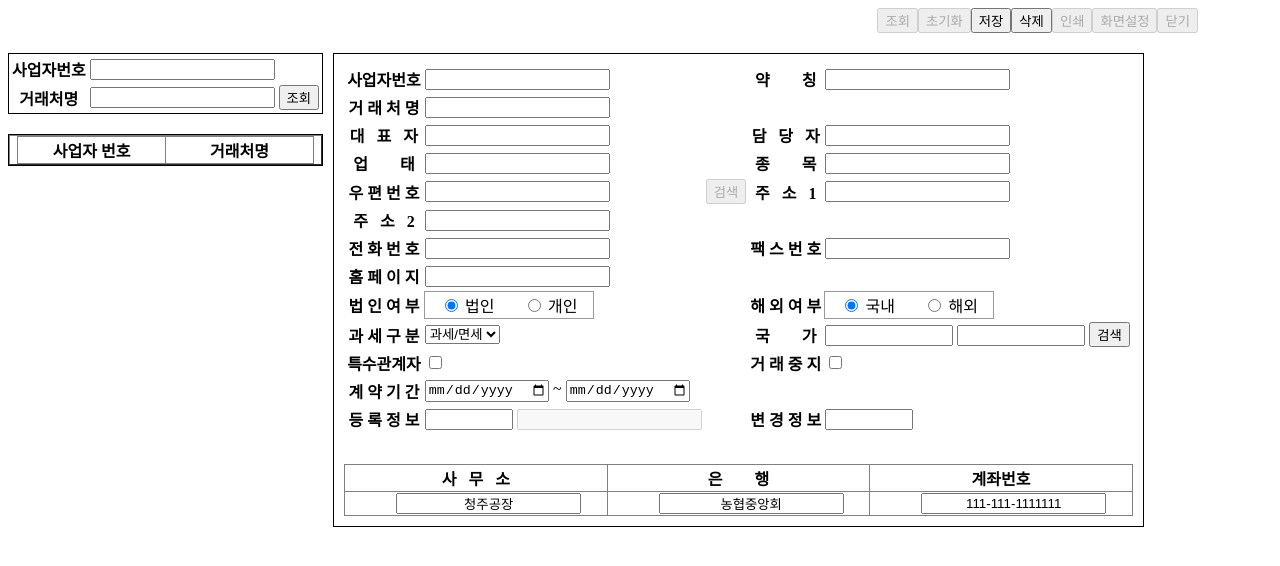
Repository: Chocobe/-practice-FrontSide-Tip
Page: http://localhost/wishTestProject/views/accountManager/accountManagerView.jsp
The author's editor kept a copy of each file at every save. The page is drawn from the files as they stood at one save, then again after the next save.
The browser window is 1280 px wide. The pictures show the whole page.
The page is served by Tomcat 9. Nobody is signed in. The application's start-up code is not run. Other server files are loaded and not shown.

Above is the page before, as saved 2020-02-27 02:50:20.

### wishTest/wishTestProject/WebContent/views/accountManager/accountManagerView.jsp
<%@page import="java.util.Date"%>
<%@page import="java.io.File"%>
<%@ page
	language="java"
	contentType="text/html;charset=UTF-8"
	pageEncoding="UTF-8"

	info="거래처 관리 페이지"
%>

<%@ taglib prefix="c" uri="http://java.sun.com/jsp/jstl/core" %>

<c:set var="contextPath" value="<%= request.getContextPath() %>"/>


<%
	String accountManagerView_css = application.getRealPath("/css/accountManager/accountManagerView.css");
	File accountManagerView_css_file = new File(accountManagerView_css);
	Date accountManagerView_css_ver = new Date(accountManagerView_css_file.lastModified());

	String accountManagerView_js = application.getRealPath("/js/accountManager/accountManagerView.js");
	File accountManagerView_js_file = new File(accountManagerView_js);
	Date accountManagerView_js_ver = new Date(accountManagerView_js_file.lastModified());
%>

<c:set var="accountManagerView_css_ver" value="<%= accountManagerView_css_ver %>"/>
<c:set var="accountManagerView_js_ver" value="<%= accountManagerView_js_ver %>"/>


<!DOCTYPE html>
<html lang="ko">
    <head>
        <meta charset="UTF-8">
        <title>거래처 관리</title>

        <link href="${contextPath}/css/accountManager/accountManagerView.css?ver=${accountManagerView_css_ver}" rel="stylesheet" type="text/css">
    </head>

    <body>
        <div class="wrap">
            <!-- 버튼 컨테이너 -->
            <div class="buttonContainer">
                <input type="button" class="search" value="조회" disabled>
                <input type="button" class="init" value="초기화" disabled>
                <input type="button" class="insert" value="저장" onclick="insertData(`${contextPath}`);">
                <input type="button" class="delete" value="삭제" onclick="deleteData(`${contextPath}`);">
                <input type="button" class="print" value="인쇄" disabled>
                <input type="button" class="config" value="화면설정" disabled>
                <input type="button" class="close" value="닫기" disabled>
            </div>


            <!-- 검색 컨테이너 -->
            <div class="searchContainer">
                <!-- 검색창 -->
                <div class="searchInnerContainer">
                    <table>
                        <tr>
                            <th>사업자번호</th>

                            <td>
                                <input type="text" name="voBusiNum" class="searchVoBusiNum">
                            </td>

                            <td></td>
                        </tr>

                        <tr>
                            <th>거래처명</th>

                            <td>
                                <input type="text" name="voCustom" class="searchVoCustom">
                            </td>

                            <td>
                                <input type="submit" value="조회" onclick="searchCustom(`${contextPath}`);">
                            </td>
                        </tr>
                    </table>
                </div>


                <!-- 검색 결과창 -->
                <div class="resultContainer">
                    <table border="1" style="border-collapse: collapse">
                        <tr>
                            <th>사업자 번호</th>
                            <th>거래처명</th>
                        </tr>
                    </table>
                </div>
            </div>


            <!-- 입력 컨테이너 -->
            <!-- "저장"버튼 - js로 submit() -->
            <div class="insertContainer">
                <form class="insertForm" action="${contextPath}/insertCustom.do" method="POST">
                    <table>
                        <tr>
                            <th>사업자번호</th>

                            <td>
                                <input type="text" name="voBusiNum" class="voBusiNum">
                            </td>

                            <td></td>

                            <th>약&nbsp;&nbsp;&nbsp;&nbsp;&nbsp;&nbsp;&nbsp;&nbsp;칭</th>

                            <td>
                                <input type="text" name="voShort" class="voShort">
                            </td>
                        </tr>

                        <tr>
                            <th>거 래 처 명</th>

                            <td colspan="4">
                                <input type="text" name="voCustom" class="voCustom longBox">
                            </td>
                        </tr>

                        <tr>
                            <th>대&nbsp;&nbsp;&nbsp;표&nbsp;&nbsp;&nbsp;자</th>

                            <td>
                                <input type="text" name="voCEO" class="voCEO">
                            </td>

                            <td></td>

                            <th>담&nbsp;&nbsp;&nbsp;당&nbsp;&nbsp;&nbsp;자</th>

                            <td>
                                <input type="text" name="voChargePerson" class="voChargePerson">
                            </td>
                        </tr>

                        <tr>
                            <th>업&nbsp;&nbsp;&nbsp;&nbsp;&nbsp;&nbsp;&nbsp;&nbsp;태</th>

                            <td>
                                <input type="text" name="voBusiCondition" class="voBusiCondition">
                            </td>

                            <td></td>

                            <th>종&nbsp;&nbsp;&nbsp;&nbsp;&nbsp;&nbsp;&nbsp;&nbsp;목</th>

                            <td>
                                <input type="text" name="voItem" class="voItem">
                            </td>
                        </tr>

                        <tr>
                            <th>우 편 번 호</th>

                            <td>
                                <input type="text" name="voPostNum" class="voPostNum">
                            </td>

                            <td>
                                <input type="button" class="postSearchButton" value="검색" disabled>
                            </td>

                            <th>주&nbsp;&nbsp;&nbsp;소&nbsp;&nbsp;&nbsp;1</th>

                            <td>
                                <input type="text" name="voAddr1" class="voAddr1">
                            </td>
                        </tr>

                        <tr>
                            <th>주&nbsp;&nbsp;&nbsp;소&nbsp;&nbsp;&nbsp;2</th>

                            <td colspan="4">
                                <input type="text" name="voAddr2" class="voAddr2">
                            </td>
                        </tr>

                        <tr>
                            <th>전 화 번 호</th>

                            <td>
                                <input type="text" name="voTEL" class="voTEL">
                            </td>

                            <td></td>

                            <th>팩 스 번 호</th>

                            <td>
                                <input type="text" name="voFAX" class="voFAX">
                            </td>
                        </tr>

                        <tr>
                            <th>홈 페 이 지</th>

                            <td colspan="4">
                                <input type="text" name="voHomePage" class="voHomePage">
                            </td>
                        </tr>

                        <tr>
                            <th>법 인 여 부</th>

                            <td class="alignTD" style="border: 1px solid #999;">
                                <div class="radioWrap">
                                    <input type="radio" name="voCoYN" class="voCoYN_Y" id="voCoYN_L" value="Y" checked>
                                    <label for="voCoYN_L">법인</label>
                                </div>

                                <div class="radioWrap">
                                    <input type="radio" name="voCoYN" class="voCoYN_N" id="voCoYN_P" value="N">
                                    <label for="voCoYN_P">개인</label>
                                </div>
                            </td>

                            <td></td>

                            <th>해 외 여 부</th>

                            <td class="alignTD" style="border: 1px solid #999;">
                                <div class="radioWrap">
                                    <input type="radio" name="voForeignYN" class="voForeignYN_N" id="voForeignYN_L" value="N" checked>
                                    <label for="voForeignYN_L">국내</label>
                                </div>

                                <div class="radioWrap">
                                    <input type="radio" name="voForeignYN" class="voForeignYN_Y" id="voForeignYN_P" value="Y">
                                    <label for="voForeignYN_P">해외</label>
                                </div>
                            </td>
                        </tr>

                        <tr>
                            <th>과 세 구 분</th>

                            <td>
                                <select name="voTaxYN" class="voTaxYN">
                                    <option value="Y" selected>과세/면세</option>
                                    <option value="N">비과세</option>
                                </select>
                            </td>

                            <td></td>

                            <th>국&nbsp;&nbsp;&nbsp;&nbsp;&nbsp;&nbsp;&nbsp;&nbsp;가</th>

                            <td>
                                <!-- 수정불가로 변경할 것 -->
                                <input type="text" name="voCountryENG" class="voCountryENG">
                                <input type="text" name="voCountryKOR" class="voCountryKOR">

                                <!-- js로 국가 목록 출력 & 위의 입력값에 대입 -->
                                <input type="button" value="검색" onclick="">
                            </td>
                        </tr>

                        <tr>
                            <th>특수관계자</th>

                            <td>
                                <input type="checkbox" name="voSpecialRelation" class="voSpecialRelation" value="Y">
                            </td>

                            <td></td>

                            <th>거 래 중 지</th>

                            <td>
                                <input type="checkbox" name="voTradeStop" class="voTradeStop" value="Y">
                            </td>
                        </tr>

                        <tr>
                            <th>계 약 기 간</th>

                            <td colspan="3">
                                <input type="date" name="voContractPeriod_S" class="voContractPeriod_S">
                                ~
                                <input type="date" name="voContractPeriod_E" class="voContractPeriod_E">
                            </td>

                            <td></td>
                        </tr>

                        <tr>
                            <th>등 록 정 보</th>

                            <td>
                                <input type="text" name="voRegiInfoMan" class="voRegiInfoMan">
                                <input type="text" name="voRegiInfoDate" class="voRegiInfoDate" disabled>
                            </td>

                            <td></td>

                            <th>변 경 정 보</th>

                            <td>
                                <input type="text" name="voModiInfoMan" class="voModiInfoMan">
                                <!-- 변경날짜: Controller에서 sysdate() voModiInfoDate -->
                            </td>
                        </tr>
                    </table>


                    <!-- 거래처 계좌정보 -->
                    <table class="accountInfoTable" border="1" style="border-collapse: collapse;">
                        <tr>
                            <th>사&nbsp;&nbsp;&nbsp;무&nbsp;&nbsp;&nbsp;소</th>
                            <th>은&nbsp;&nbsp;&nbsp;&nbsp;&nbsp;&nbsp;&nbsp;&nbsp;행</th>
                            <th>계좌번호</th>
                        </tr>

                        <tr>
                            <td>
                                <input type="text" name="voFactory" class="voFactory" value="청주공장">
                            </td>

                            <td>
                                <input type="text" name="voTradeBank" class="voTradeBank" value="농협중앙회">
                            </td>

                            <td>
                                <input type="text" name="voAccountNum" class="voAccountNum" value="111-111-1111111">
                            </td>
                        </tr>
                    </table>
                </form>
            </div>
        </div>


        <script src="http://code.jquery.com/jquery-latest.min.js"></script>
        <script src="${contextPath}/js/accountManager/accountManagerView.js?ver=${accountManagerView_js_ver}" type="text/javascript"></script>
    </body>
</html>

### wishTest/wishTestProject/WebContent/css/accountManager/accountManagerView.css
@charset "UTF-8";

/* .wrap */
    .wrap {
        width: 1190px;

        display: flex;
        flex-flow: row wrap;

        position: relative;
    }


/* .buttonContainer */
    .buttonContainer {
        width: 100%;

        margin-bottom: 20px;

        display: flex;
        flex-flow: row wrap;
        justify-content: flex-end;
    }


/* .searchContainer */
    .searchContainer {
        margin-right: 10px;
        position: relative;
    }


    /* .searchInnerContainer */
    .searchContainer .searchInnerContainer {
        border: 1px solid #000;

        margin-bottom: 20px;
    }


    /* .resultContainer */
    .searchContainer .resultContainer {
        border: 1px solid #000;
    }

    .searchContainer .resultContainer table {
        display: flex;
        justify-content: center;
    }

    .searchContainer .resultContainer table tr th,
    .searchContainer .resultContainer table tr td {
        width: 145px;

        text-align: center;
    }



    .insertContainer .insertForm {
        border: 1px solid black;

        padding: 10px;
    }

    .insertContainer .insertForm tr .alignTD {
        width: 166px;

        display: flex;
        flex-flow: row wrap;
        justify-content: space-around;
    }

    .insertContainer .insertForm .voCountryENG,
    .insertContainer .insertForm .voCountryKOR {
        width: 120px;
    }


    /* .accountInfoTable */
    .accountInfoTable {
        width: 100%;

        margin-top: 30px;
    }

    .accountInfoTable tr td input {
        margin-left: 50px;
        text-align: center;
    }

    .voRegiInfoMan,
    .voModiInfoMan {
    	width: 80px;
    }

Loaded but not shown: wishTest/wishTestProject/WebContent/js/accountManager/accountManagerView.js (no copy from this time; the picture is the same without it)

After the next save:
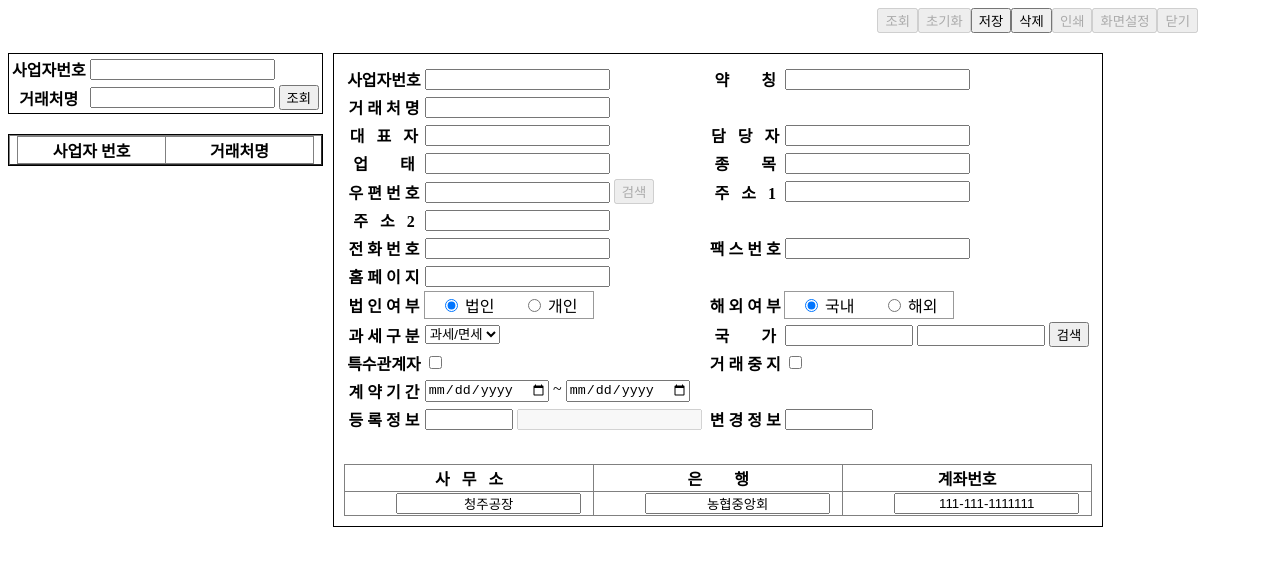
Saved 35 s later.
--- a/wishTest/wishTestProject/WebContent/views/accountManager/accountManagerView.jsp
+++ b/wishTest/wishTestProject/WebContent/views/accountManager/accountManagerView.jsp
@@ -158,10 +158,11 @@
 
                             <td>
                                 <input type="text" name="voPostNum" class="voPostNum">
-                            </td>
-
-                            <td>
                                 <input type="button" class="postSearchButton" value="검색" disabled>
+                            </td>
+
+                            <td>
+
                             </td>
 
                             <th>주&nbsp;&nbsp;&nbsp;소&nbsp;&nbsp;&nbsp;1</th>
